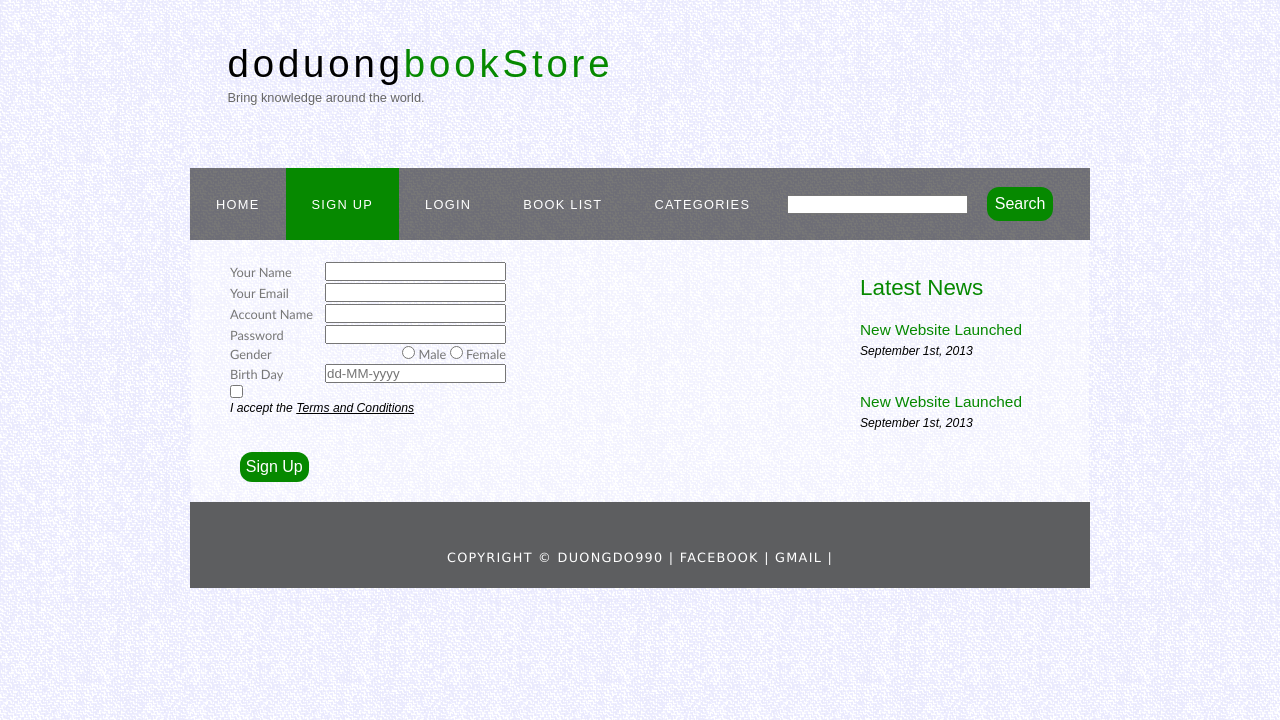
Repository: ngttuyen/JavaWeb
Page: http://localhost/MyWebsite/signup.jsp
The author's editor kept a copy of each file at every save. The page is drawn from the files as they stood at one save, then again after the next save.
The browser window is 1280 px wide. The pictures show the whole page.
The page is served by Tomcat 9.

Above is the page before, as saved 2019-06-02 08:59:33.

After the next save:
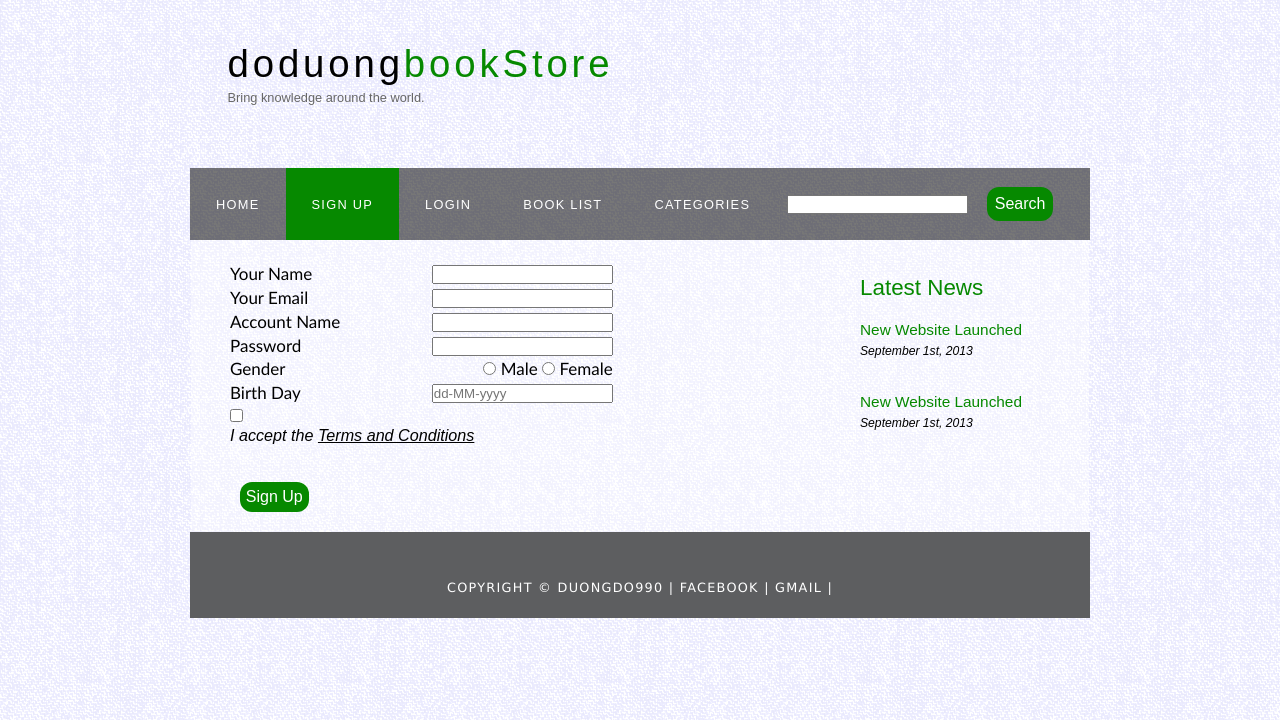
Saved 27 s later.
--- a/MyWebsite/WebContent/styles/style.css
+++ b/MyWebsite/WebContent/styles/style.css
@@ -255,10 +255,10 @@ ul#menu li a:hover, ul#menu li.selected a, ul#menu li.selected a:hover
 	font-size: 15px;
 	border: 1% solid #068900;
 	font-weigh: bold;
-}
+}*/
 .login-signup{
 	width: 65%;
 	height: 100%;
 	font-size: 17px;
 	color: black;
-}*/
+}
